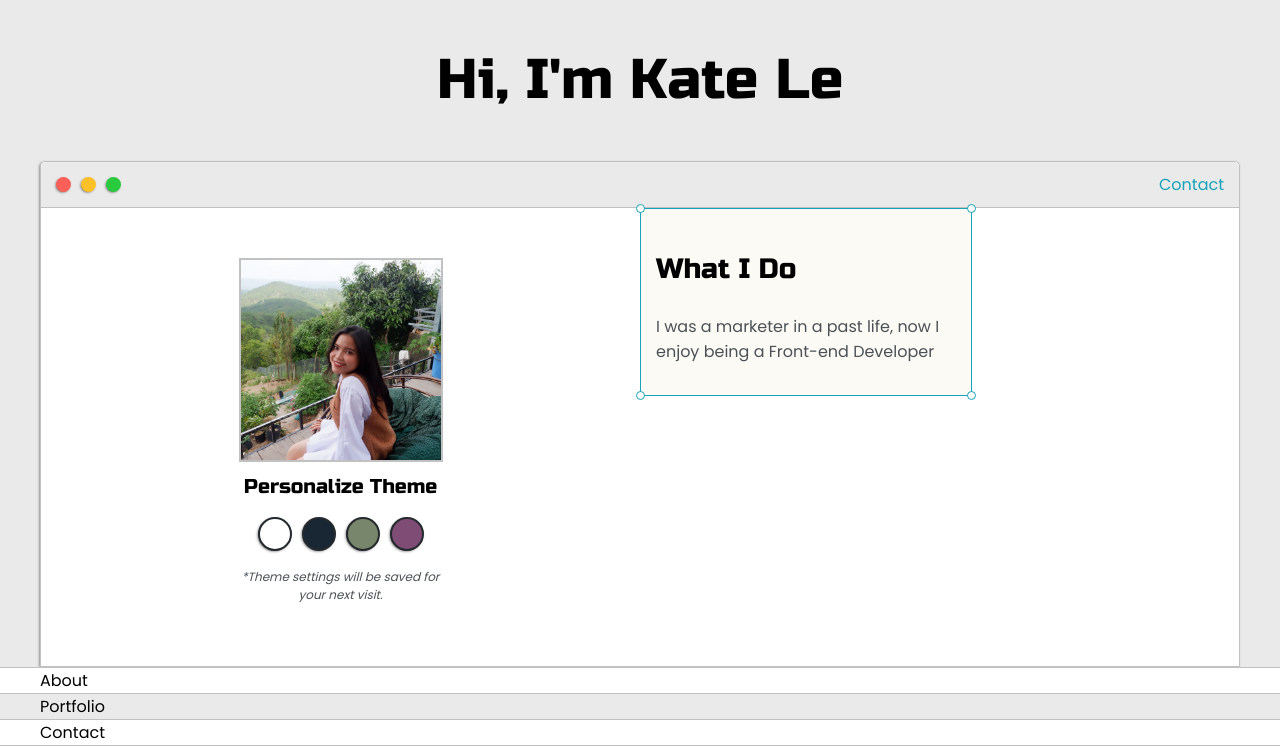
Repository: kate30980/my-persponal-website
Page: index.html
An editor plug-in stored every save of this project. The page is shown before and after the next save, followed by the edit.
The browser window is 1280 px wide. The pictures show the whole page.

Above is the page before, as saved 2021-08-26 21:37:30.

### index.html
<!DOCTYPE html>
<html lang="en">

<head>
    <meta charset="UTF-8">
    <meta http-equiv="X-UA-Compatible" content="IE=edge">
    <meta name="viewport" content="width=device-width, initial-scale=1.0">
    <title>Kate Le</title>
    <link rel="preconnect" href="https://fonts.googleapis.com">
    <link rel="preconnect" href="https://fonts.gstatic.com" crossorigin>
    <link rel="preconnect" href="https://fonts.googleapis.com">
    <link rel="preconnect" href="https://fonts.gstatic.com" crossorigin>
    <link href="https://fonts.googleapis.com/css2?family=Poppins:wght@300;400;600;700&family=Russo+One&display=swap"
        rel="stylesheet">
    <link rel="stylesheet" href="main.css">
</head>

<body>

    <section class="s1">
        <div class="main-container">
            <div class="greeting-wrapper">
                <h1>Hi, I'm Kate Le</h1>
            </div>

            <div class="intro-wrapper">
                <div class="nav-wrapper">
                    <div class="dots-wrapper">
                        <div id="dot-1" class="browser-dot"></div>
                        <div id="dot-2" class="browser-dot"></div>
                        <div id="dot-3" class="browser-dot"></div>
                    </div>
                    <ul id="navigation">
                        <li>
                            <a href="#">Contact</a>
                        </li>
                    </ul>
                </div>
                <div class="left-column">
                    <img id="profile-pic" src="./images/IMG_2624.JPG" alt="img-kate">
                    <h5 style="text-align:center;line-height:0; margin: 25px">Personalize Theme</h5>

                    <div id="theme-options-wrapper">
                        <div id="light-mode" class="theme-dot"></div>
                        <div id="blue-mode" class="theme-dot"></div>
                        <div id="green-mode" class="theme-dot"></div>
                        <div id="purple-mode" class="theme-dot"></div>
                    </div>

                    <p id="settings-note">*Theme settings will be saved for <br> your next visit.</p>
                </div>
                <div class="right-column">
                    <div id="preview">
                        <div id="corner-tl" class="corner"></div>
                        <div id="corner-tr" class="corner"></div>
                        <h3>What I Do</h3>
                        <p>I was a marketer in a past life, now I enjoy being a Front-end Developer</p>
                        <div id="corner-br" class="corner"></div>
                        <div id="corner-bl" class="corner"></div>
                    </div>
                </div>
            </div>

        </div>
    </section>

    <section class="s2">
        <div class="main-container">
            About
        </div>
    </section>

    <section class="s1">
        <div class="main-container">
            Portfolio
        </div>
    </section>

    <section class="s2">
        <div class="main-container">
            Contact
        </div>
    </section>

</body>

</html>

### main.css
:root {
  --mainText: black;
  --secondaryText: #4b5156;

  --mainColor: #eaeaea;
  --secondaryColor: #fff;

  --borderColor: #c1c1c1;
  --themeDotBorder: #24292e;

  --previewBg: rgba(251, 249, 243, 0.8);
}

html,
body {
  padding: 0;
  margin: 0;
  font-family: "Poppins", sans-serif;
}
h1,
h2,
h3,
h4,
h5,
h6,
strong {
  color: var(--mainText);
  font-family: "Russo One", sans-serif;
  font-weight: 500;
}

p,
li,
span,
label,
input,
textarea,
select {
  color: var(--secondaryText);
  font-family: "Poppins", sans-serif;
}
ul {
  list-style: none;
}

a {
  text-decoration: none;
  color: #17a2b8;
}

h1 {
  font-size: 56px;
}
h2 {
  font-size: 36px;
}
h3 {
  font-size: 28px;
}
h4 {
  font-size: 24px;
}
h5 {
  font-size: 20px;
}
h6 {
  font-size: 16px;
}

.s1 {
  background-color: var(--mainColor);
  border-bottom: 1px solid var(--borderColor);
  overflow: auto;
}
.s2 {
  background-color: var(--secondaryColor);
  border-bottom: 1px solid var(--borderColor);
  overflow: auto;
}
.main-container {
  width: 1200px;
  margin: 0 auto;
}
.greeting-wrapper {
  display: grid;
  text-align: center;
  align-content: center;
  min-height: 10em;
}

.intro-wrapper {
  background-color: var(--secondaryColor);
  border: 1px solid var(--borderColor);
  border-radius: 5px 5px 0 0;

  -webkit-box-shadow: -1px 1px 3px -1px rgba(0, 0, 0, 0.75);
  -moz-box-shadow: -1px 1px 3px -1px rgba(0, 0, 0, 0.75);
  box-shadow: -1px 1px 3px -1px rgba(0, 0, 0, 0.75);

  display: grid;
  grid-template-columns: 1fr 1fr;
  grid-template-areas:
    "nav-wrapper nav-wrapper"
    "left-column right-column";
}

#navigation {
  margin: 0;
  padding: 10px;
}
#navigation li {
  display: inline-block;
  margin-right: 5px;
  margin-left: 5px;
}

.dots-wrapper {
  display: flex;
  padding: 10px;
}

#dot-1 {
  background-color: #fc6058;
}
#dot-2 {
  background-color: #fec027;
}
#dot-3 {
  background-color: #2aca3e;
}

.browser-dot {
  background-color: black;
  height: 15px;
  width: 15px;
  border-radius: 50%;
  margin: 5px;

  -webkit-box-shadow: -1px 1px 3px -1px rgba(0, 0, 0, 0.75);
  -moz-box-shadow: -1px 1px 3px -1px rgba(0, 0, 0, 0.75);
  box-shadow: -1px 1px 3px -1px rgba(0, 0, 0, 0.75);
}

.nav-wrapper {
  grid-area: nav-wrapper;
  border-bottom: 1px solid var(--borderColor);
  display: flex;
  justify-content: space-between;
  align-items: center;
  background-color: var(--mainColor);
  border-radius: 5px 5px 0 0;
}
.left-column {
  grid-area: left-column;
  padding-top: 50px;
  padding-bottom: 50px;
}
#profile-pic {
  display: block;
  margin: auto;
  height: 200px;
  width: 200px;
  object-fit: cover;
  border: 2px solid var(--borderColor);
}

#theme-options-wrapper {
  display: flex;
  justify-content: center;
}

.theme-dot {
  height: 30px;
  width: 30px;
  border-radius: 50%;
  background-color: black;

  margin: 5px;
  border: 2px solid var(--themeDotBorder);

  -webkit-box-shadow: -1px 1px 3px -1px rgba(0, 0, 0, 0.75);
  -moz-box-shadow: -1px 1px 3px -1px rgba(0, 0, 0, 0.75);
  box-shadow: -1px 1px 3px -1px rgba(0, 0, 0, 0.75);
  cursor: pointer;
}

.theme-dot:hover {
  border-width: 5px;
}
#light-mode {
  background-color: #fff;
}
#blue-mode {
  background-color: #192734;
}
#green-mode {
  background-color: #78866b;
}
#purple-mode {
  background-color: #7e4c74;
}
#settings-note {
  font-size: 12px;
  font-style: italic;
  text-align: center;
}

.right-column {
  grid-area: right-column;
}
#preview {
  width: 300px;
  border: 1.5px solid #17a2b8;
  background-color: var(--previewBg);
  padding: 15px;
  position: relative;
}
.corner {
  width: 7px;
  border: 1.5px solid #17a2b8;
  height: 7px;
  border-radius: 50%;
  background-color: #fff;
  position: absolute;
}
#corner-tl {
  top: -5px;
  left: -5px;
}
#corner-tr {
  top: -5px;
  right: -5px;
}
#corner-br {
  bottom: -5px;
  right: -5px;
}
#corner-bl {
  bottom: -5px;
  left: -5px;
}

@media screen and (max-width: 1200px) {
  .main-container {
    width: 95%;
  }
}

After the next save:
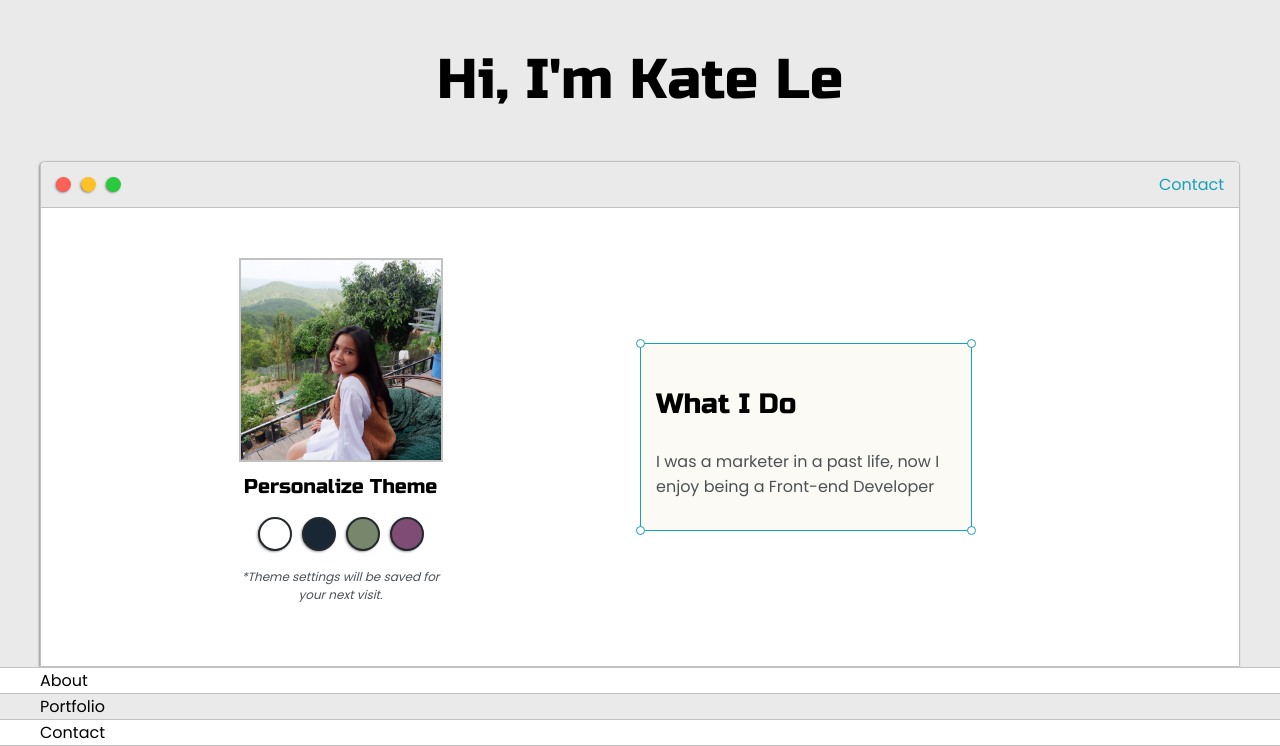
Saved 40 s later.
--- a/main.css
+++ b/main.css
@@ -207,6 +207,8 @@
 
 .right-column {
   grid-area: right-column;
+  display: grid;
+  align-content: center;
 }
 #preview {
   width: 300px;
